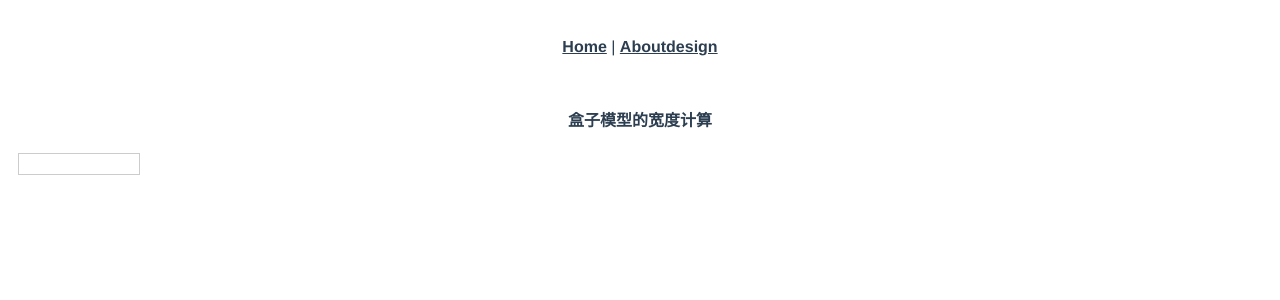
Repository: 1025215705/design
Page: /layout/1 (app in vue-ts/)
The author's editor kept a copy of each file at every save. The page is drawn from the files as they stood at one save, then again after the next save.
The browser window is 1280 px wide. The pictures show the whole page.
The project was rebuilt for these pictures with package versions that can differ from the ones it lists, and the page was loaded fresh each time. Also part of the build but not shown: vue-ts/src/components/HelloWorld.vue, vue-ts/src/views/Home.vue, vue-ts/src/practice/design/adaptee.ts, vue-ts/src/practice/design/decorator.ts, vue-ts/src/practice/design/observer.ts, vue-ts/src/practice/design/proxy.ts, vue-ts/src/practice/design/singletonLogin.ts, vue-ts/src/practice/design/userFactory.ts and 3 more.

Above is the page before, as saved 2020-12-11 11:28:47.

After the next save:
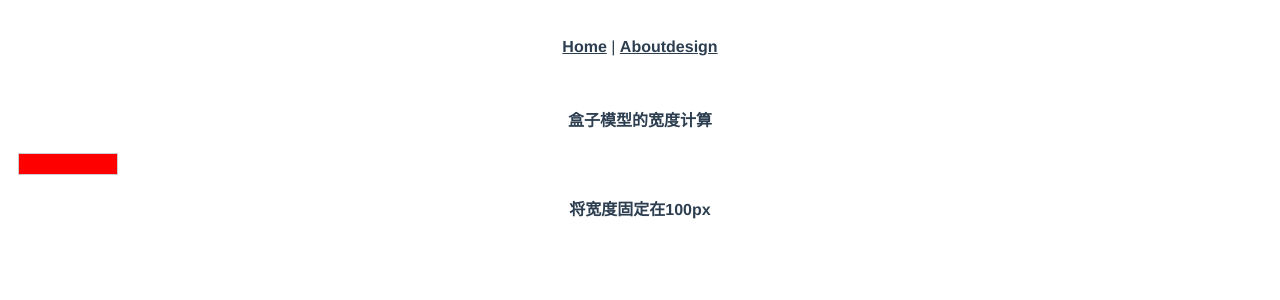
Saved 5 min 29 s later.
--- a/vue-ts/src/practice/layout/css.vue
+++ b/vue-ts/src/practice/layout/css.vue
@@ -2,6 +2,10 @@
 <div>
     <h4>盒子模型的宽度计算</h4>
     <div class="box">
+
+    </div>
+     <h4>将宽度固定在100px</h4>
+    <div class="box2">
 
     </div>
 </div>
@@ -17,5 +21,14 @@ export default {
     padding:10px;
     border:1px solid #ccc;
     margin:10px;
+    background-color: blue;
+}
+.box{
+    width:100px;
+    padding:10px;
+    border:1px solid #ccc;
+    margin:10px;
+    background-color: red;
+    box-sizing: border-box;
 }
 </style>
